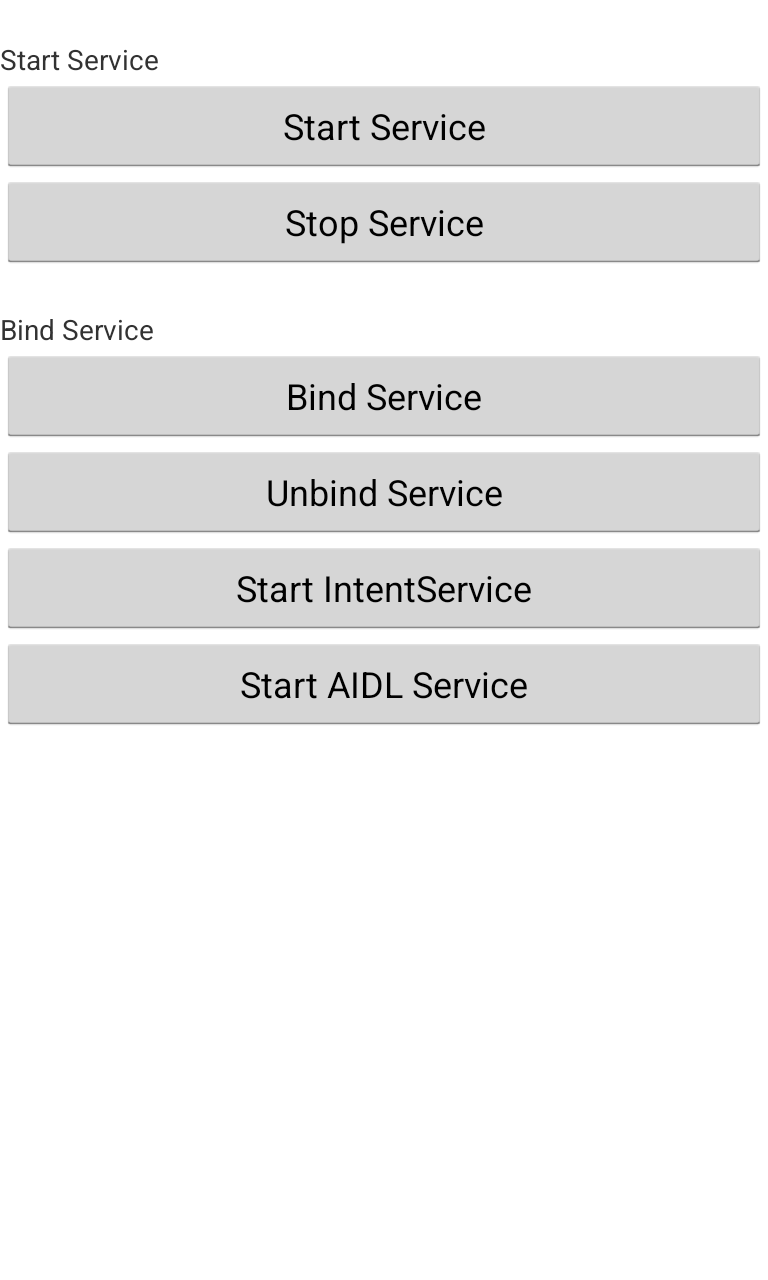
Repository: Liu-D-Henrry/Android
Layout: DemoService/res/layout/service_activity.xml
These files come from the project's save history. The layout is drawn as it stood at one moment and after the next save; the edit follows.
It is drawn on a 768 x 1280 px phone screen (xhdpi) without system bars, with theme AppTheme; the app's code is not run.

Above is the layout before, as saved 2013-09-01 09:44:20.

After the next save:
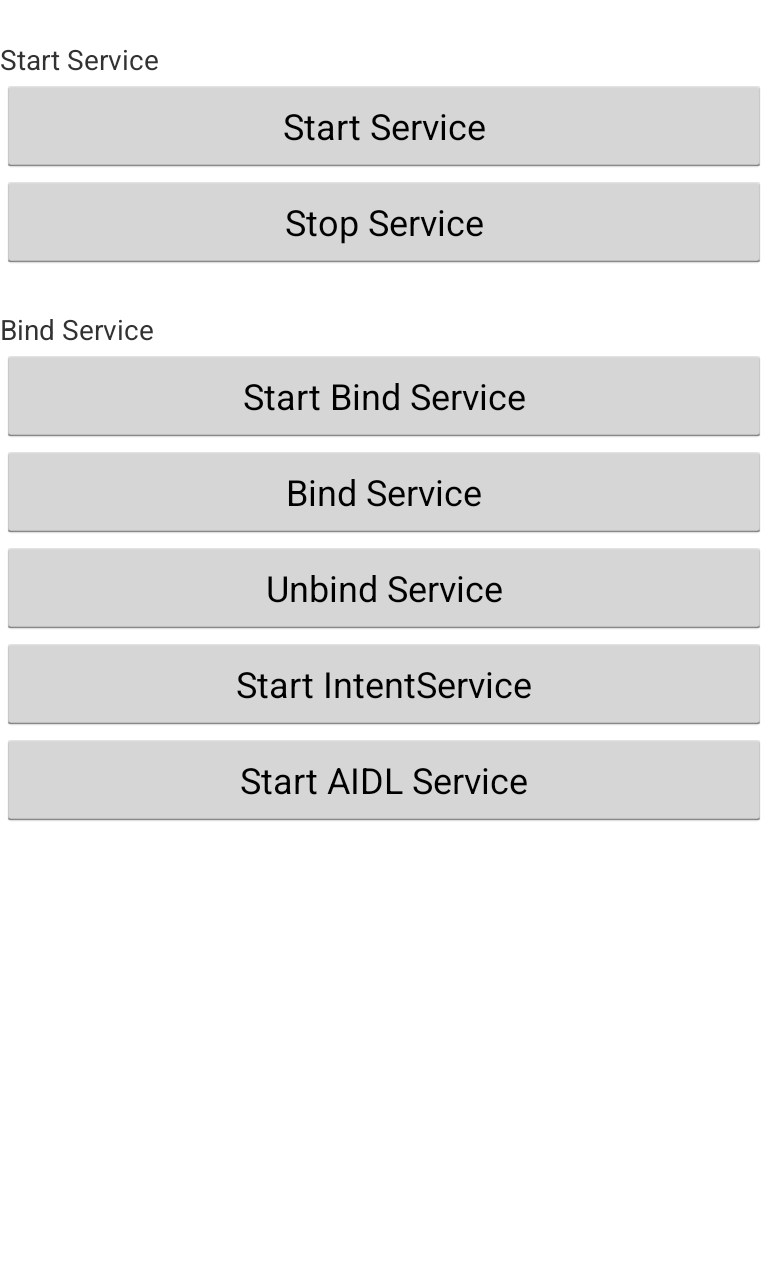
Saved 40 s later.
--- a/DemoService/res/layout/service_activity.xml
+++ b/DemoService/res/layout/service_activity.xml
@@ -26,6 +26,11 @@
         android:layout_marginTop="20dp"
         android:text="@string/bindService" />
     <Button
+        android:id="@+id/startBindService"
+        android:layout_width="match_parent"
+        android:layout_height="wrap_content"
+        android:text="@string/startBindService" />
+    <Button
         android:id="@+id/bindService"
         android:layout_width="match_parent"
         android:layout_height="wrap_content"
